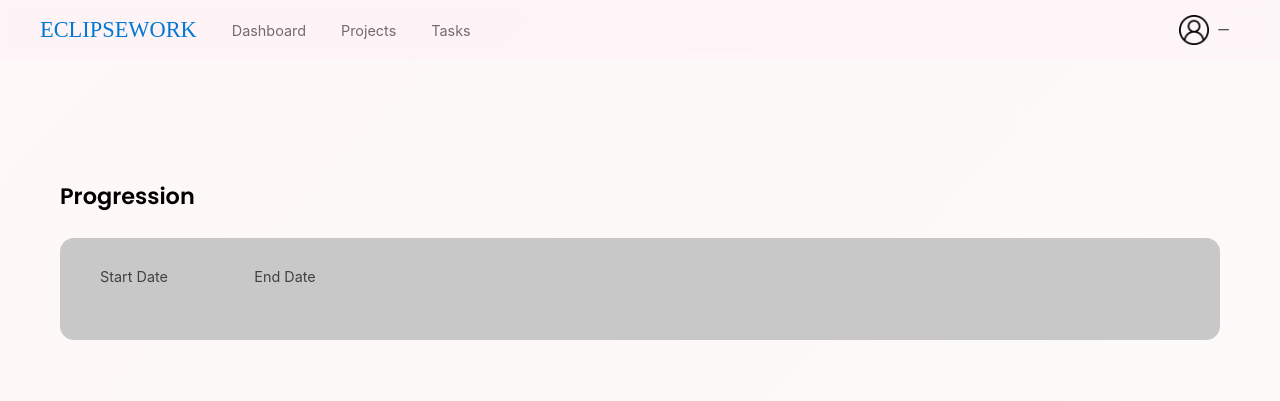
Repository: lynaannou/work-management-app
Page: src/main/resources/ressources/view/workspace.html
The author's editor kept a copy of each file at every save. The page is drawn from the files as they stood at one save, then again after the next save.
The browser window is 1280 px wide. The pictures show the whole page.
Some web fonts or font styles are not loaded; a fallback is used.

Above is the page before, as saved 2025-12-25 00:23:50.

After the next save:
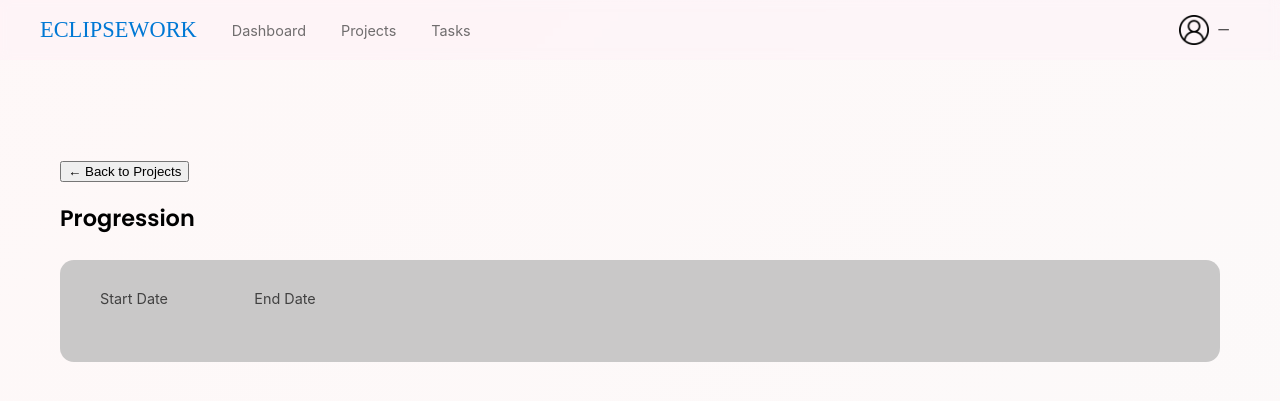
Saved 18 s later.
--- a/src/main/resources/ressources/view/workspace.html
+++ b/src/main/resources/ressources/view/workspace.html
@@ -29,6 +29,8 @@
 
 <!-- MAIN CONTENT -->
 <section class="workspace-container">
+    <button class="back-btn" onclick="goProjects()">← Back to Projects</button>
+
     <h2 class="workspace-title">Progression</h2>
 
     <div class="chart-container">
